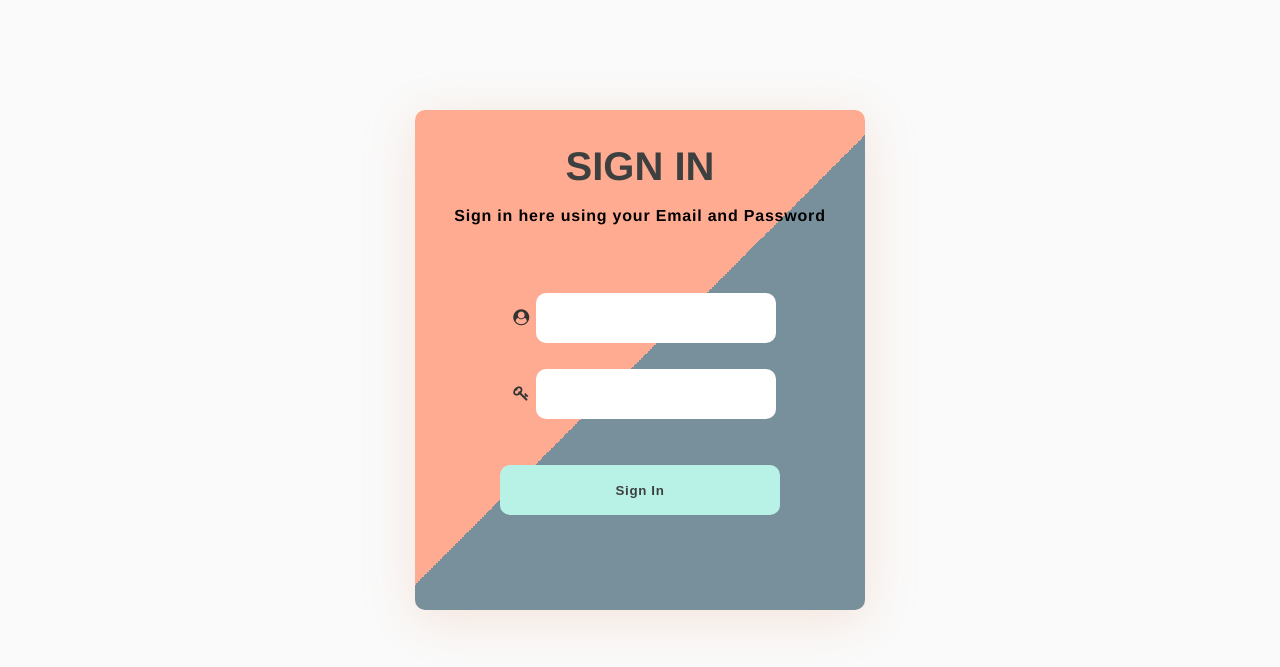
Repository: DhanushPrabha22/Zoho-Mini-Project
Page: http://localhost/ToDo_List/
The author's editor kept a copy of each file at every save. The page is drawn from the files as they stood at one save, then again after a run of saves.
The browser window is 1280 px wide. The pictures show the whole page.
Some web libraries are served in a nearby version. The page is served by Tomcat 9.

Above is the page before, as saved 2021-03-17 05:55:16.

After the next 2 saves:
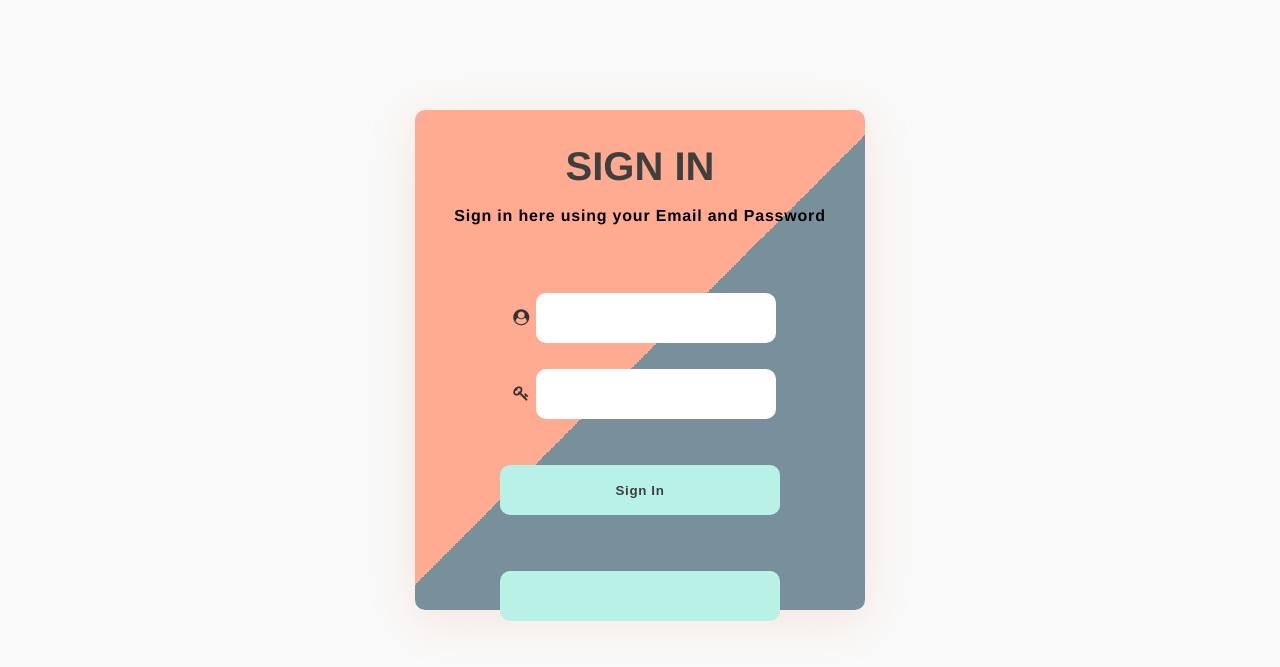
The 2 saves are shown as one change because 1 did not build or start.
The last was saved 97 s later.
--- a/Todo Eclipse/ToDo_List/WebContent/sign_in.jsp
+++ b/Todo Eclipse/ToDo_List/WebContent/sign_in.jsp
@@ -43,6 +43,8 @@ Created By Dhanush L
 					<html:password styleClass="form-input" property="password"/>
 					<br><br>
 					<html:submit styleClass="sign-up button" value="Sign In"/>
+					<br>
+					<button Class="sign-up button" value="Sign In"/>
 				</html:form>
 			</div>
 		<!--   End Container  -->
